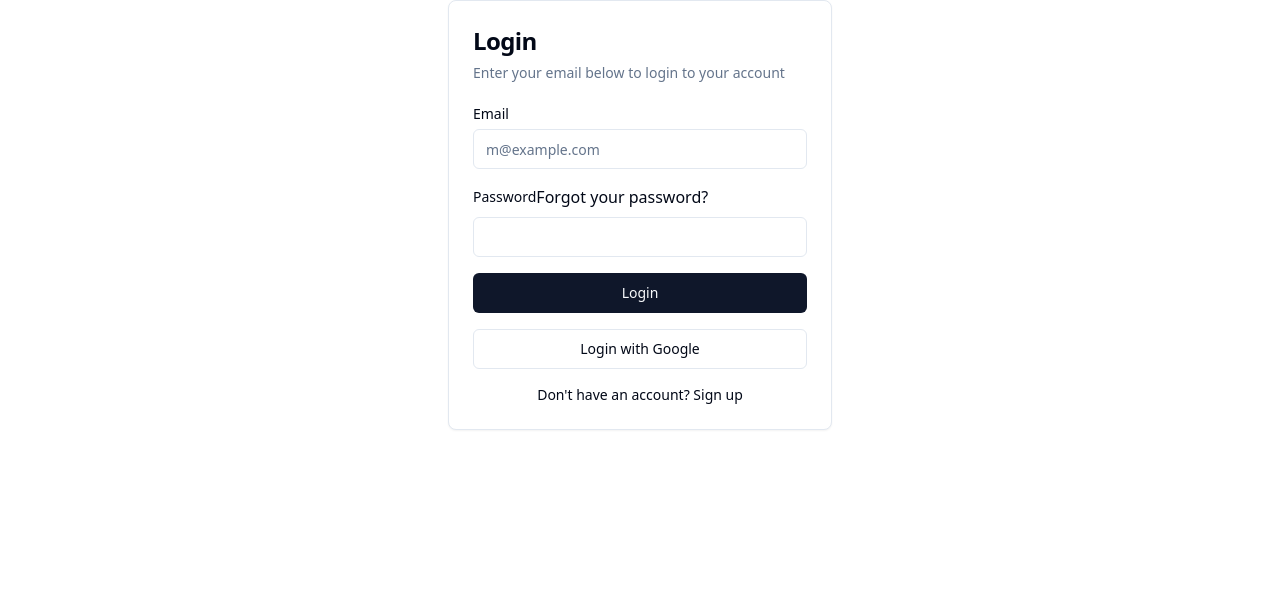
Repository: ifeanyidavid/yabta
Page: / (app in frontend/)
An editor plug-in stored every save of this project. The page is shown before and after the next save, followed by the edit.
The browser window is 1280 px wide. The pictures show the whole page.
The project was rebuilt for these pictures with package versions that can differ from the ones it lists, and the page was loaded fresh each time. Also part of the build but not shown: frontend/vite.config.ts.

Above is the page before, as saved 2024-07-12 22:26:01.

After the next save:
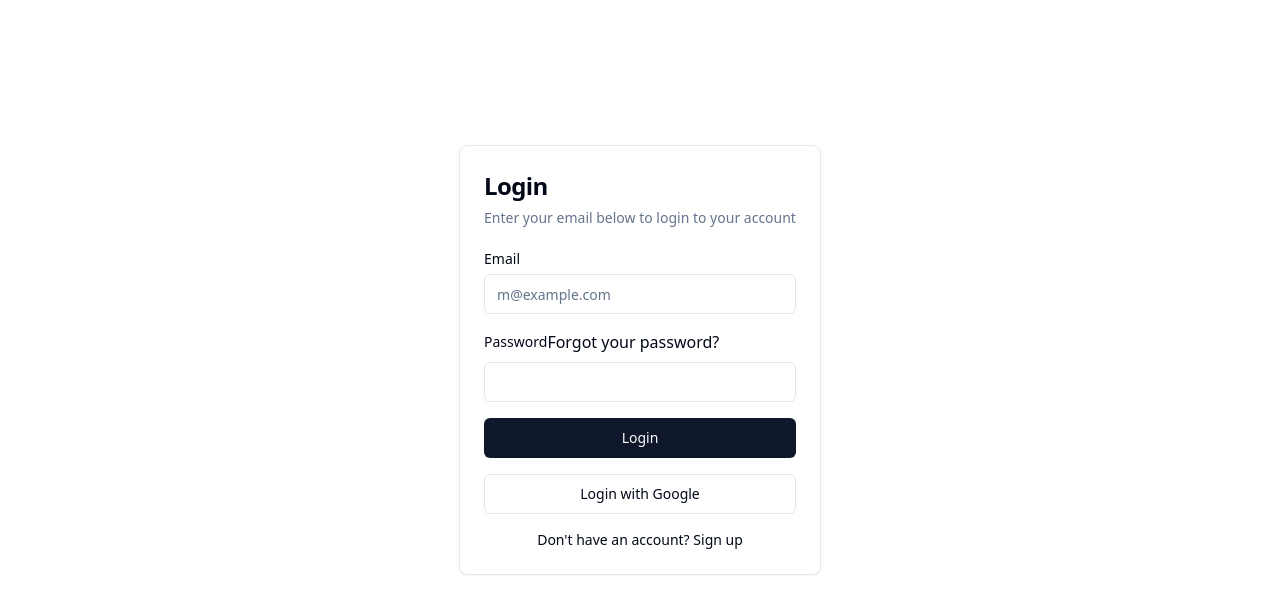
Saved 4 s later.
--- a/frontend/src/App.tsx
+++ b/frontend/src/App.tsx
@@ -2,7 +2,7 @@ import { LoginForm } from "@/components/login-form";
 
 function App() {
   return (
-    <div class>
+    <div className="w-full h-screen flex items-center justify-center px-4 theme-zinc">
       <LoginForm />
     </div>
   );
